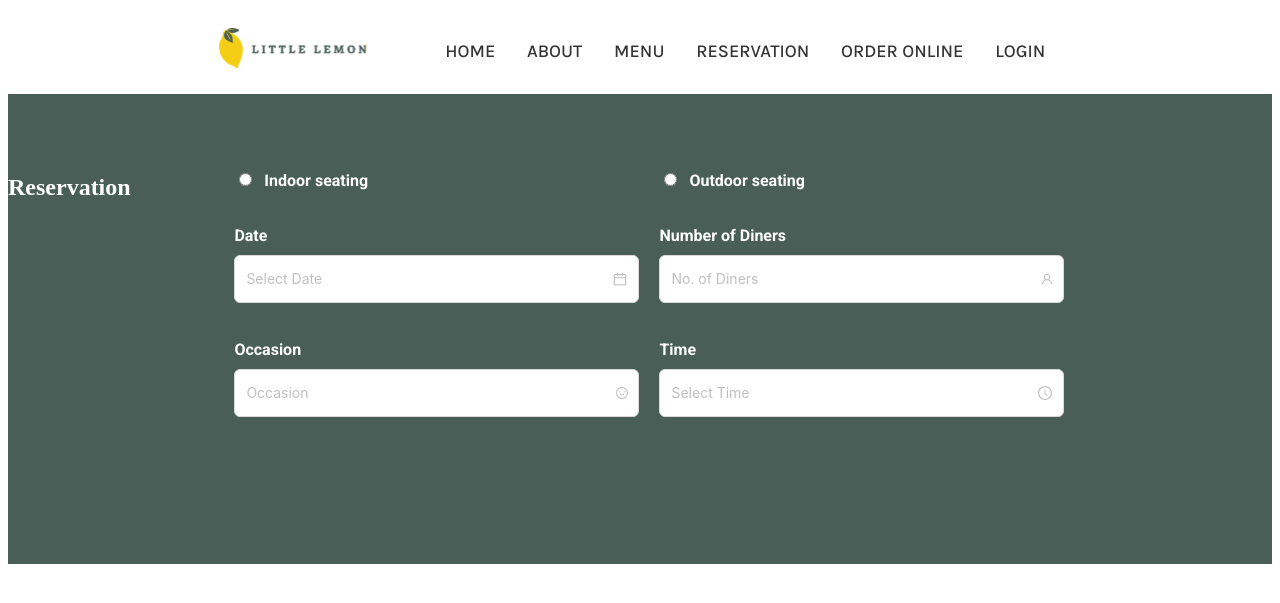
Repository: Yeshwanth-189/little-lemon
Page: /reservation (app in little-lemon/)
The author's editor kept a copy of each file at every save. The page is drawn from the files as they stood at one save, then again after the next save.
The browser window is 1280 px wide. The pictures show the whole page.
The project was rebuilt for these pictures with package versions that can differ from the ones it lists, and the page was loaded fresh each time. Also part of the build but not shown: little-lemon/src/index.css, little-lemon/src/components/Hero/Hero.css, little-lemon/src/components/Hero/Hero.jsx, little-lemon/src/components/Specials/Specials.css, little-lemon/src/components/Specials/Specials.jsx, little-lemon/src/components/Testimonials/Testimonials.css, little-lemon/src/components/Testimonials/Testimonials.jsx, little-lemon/src/components/About/About.css and 3 more.

Above is the page before, as saved 2025-04-26 22:40:51.

After the next save:
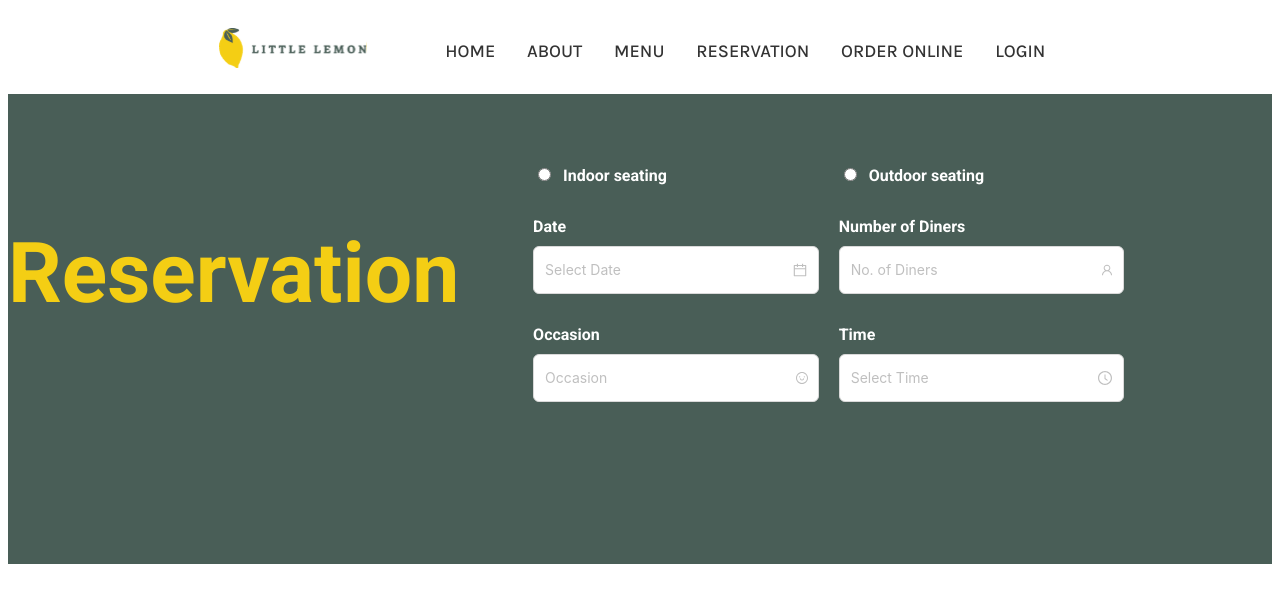
Saved 10 s later.
--- a/little-lemon/src/components/Reservation/Reservation.css
+++ b/little-lemon/src/components/Reservation/Reservation.css
@@ -9,7 +9,7 @@
   background-color: #495e57; /* Background like your Figma */
   color: white;
 }
-.hero-content h1 {
+.reservation-heading {
   font-size: 56px;
   margin-bottom: 2%;
   color: #f4ce14;
